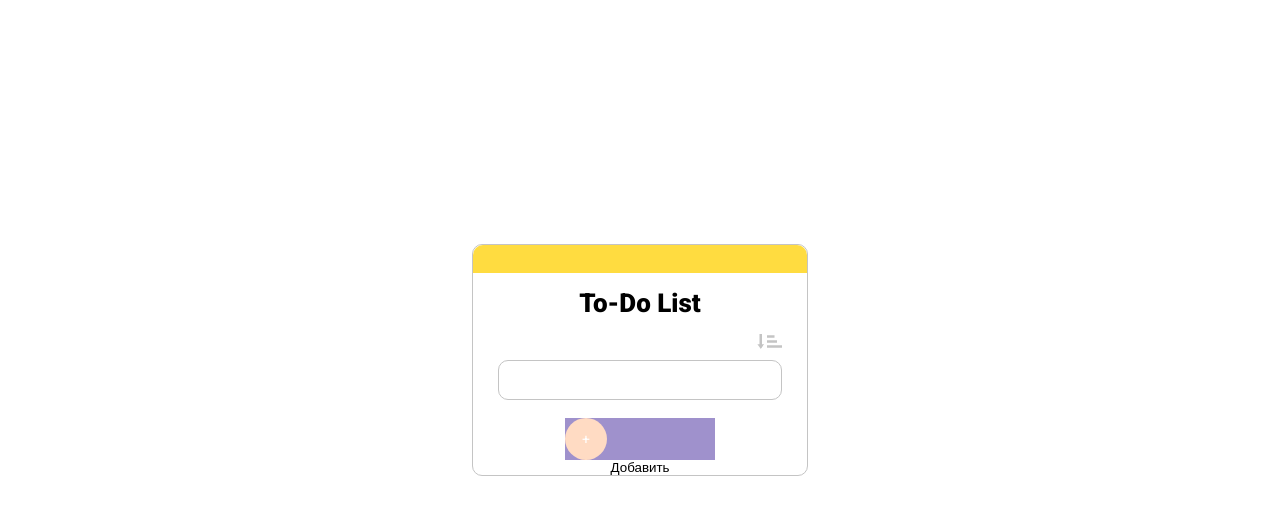
Repository: PoladEziz/Task-15
Page: index.html
These files come from the project's save history. The page is drawn as it stood at one moment and after the next save; the edit follows.
The browser window is 1280 px wide. The pictures show the whole page.
The style sheet was rebuilt from its Sass, Less or Tailwind sources for each picture, by a compiler version that may differ from the author's.

Above is the page before, as saved 2023-08-10 15:42:10.

### index.html
<!DOCTYPE html>
<html lang="en">
<head>
    <meta charset="UTF-8">
    <meta name="viewport" content="width=device-width, initial-scale=1.0">
    <title>Document</title>
    <link rel="stylesheet" href="./index.css">
</head>
<body>
    <div class="main">
        <div class="box">
            <div class="box-top"></div>
            <div class="box-bottom">
                <h1>To-Do List</h1>
                <form action="">
                    <img src="./img/Group 38 (1).png" alt="">
                    <input type="text">
                    <button><div>+</div><p>Добавить</p></button>

                </form>

            </div>
        </div>
    </div>

</body>
<script src="./index.js"></script>
</html>

### index.scss
@import url("https://fonts.googleapis.com/css2?family=Roboto:wght@400;900&display=swap");
* {
  margin: 0;
  padding: 0;
  box-sizing: border-box;
}
.main {
  width: 100%;
  height: 100vh;
  display: flex;
  align-items: center;
  justify-content: center;
  .box {
    width: 336px;
    /* min-height: 236px; */
    border-radius: 10px;
    border: 1px solid #c4c4c4;
    background: rgba(196, 196, 196, 0);
    .box-top {
      width: 100%;
      height: 28px;
      background-color: #ffdc40;
      border-top-left-radius: 10px;
      border-top-right-radius: 10px;
    }
    .box-bottom {
      width: 100%;
      padding: 15px 25px;

      h1 {
        margin-bottom: 16px;
        color: #000;
        text-align: center;
        font-family: Roboto;
        font-size: 26px;
        font-style: normal;
        font-weight: 900;
        line-height: normal;
        text-transform: capitalize;
      }
      form{
        display: flex;
        flex-direction: column;
        align-items: center;
        img {
          width: 25px;
          height: 15px;
          margin-left: auto;
          margin-bottom: 11px;
        }
        input {
          width: 100%;
          height: 40px;
          margin-bottom: 18px;
          border-radius: 10px;
          border: 1px solid #c4c4c4;
          background: rgba(196, 196, 196, 0);
          color: #000;
          font-family: Roboto;
          font-size: 14px;
          font-style: normal;
          font-weight: 400;
          line-height: normal;
        }
        button {
          width: 150px;
          height: 42px;
          background-color: #9f91cc;
          border: none;
          bo
          p {
            color: #fff;
            text-align: center;
            font-family: Roboto;
            font-size: 14px;
            font-style: normal;
            font-weight: 400;
            line-height: normal;
          }
          div {
            width: 42px;
            height: 42px;
            border-radius: 50%;
            background-color: #ffdbc3;
            display: flex;
            align-items: center;
            justify-content: center;
            color: #fff;
            text-align: center;
            font-family: Roboto;
            font-size: 14px;
            font-style: normal;
            font-weight: 400;
            line-height: normal;
          }
        }
      }

    }
  }
}

Loaded but not shown: index.js (no stored copy; drawn as an empty file)

After the next save:
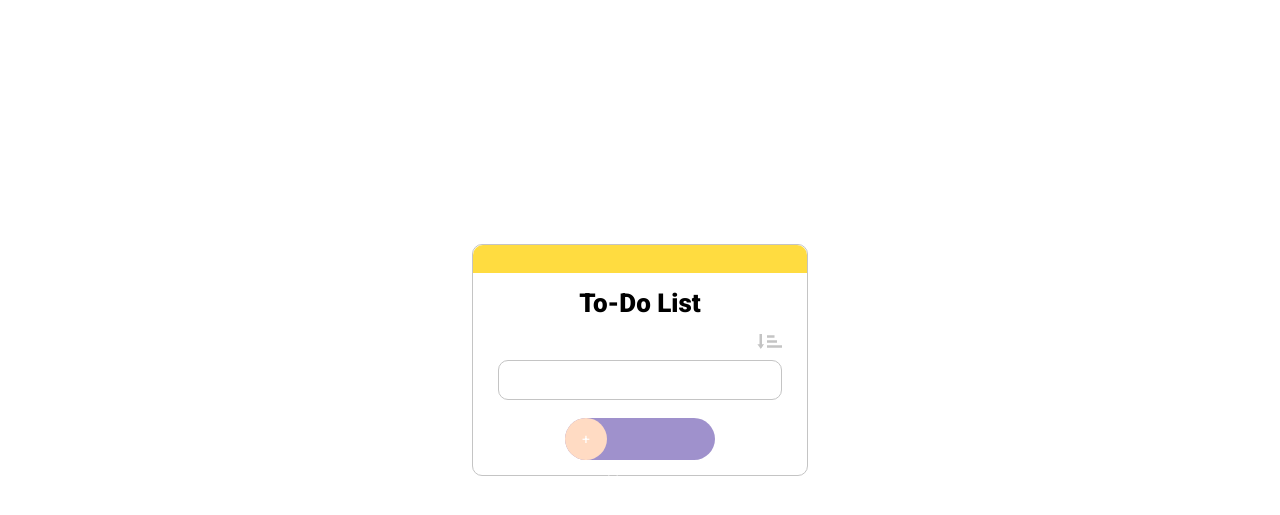
Saved 4 s later.
--- a/index.scss
+++ b/index.scss
@@ -67,7 +67,7 @@
           height: 42px;
           background-color: #9f91cc;
           border: none;
-          bo
+          border-radius: 71px;
           p {
             color: #fff;
             text-align: center;
